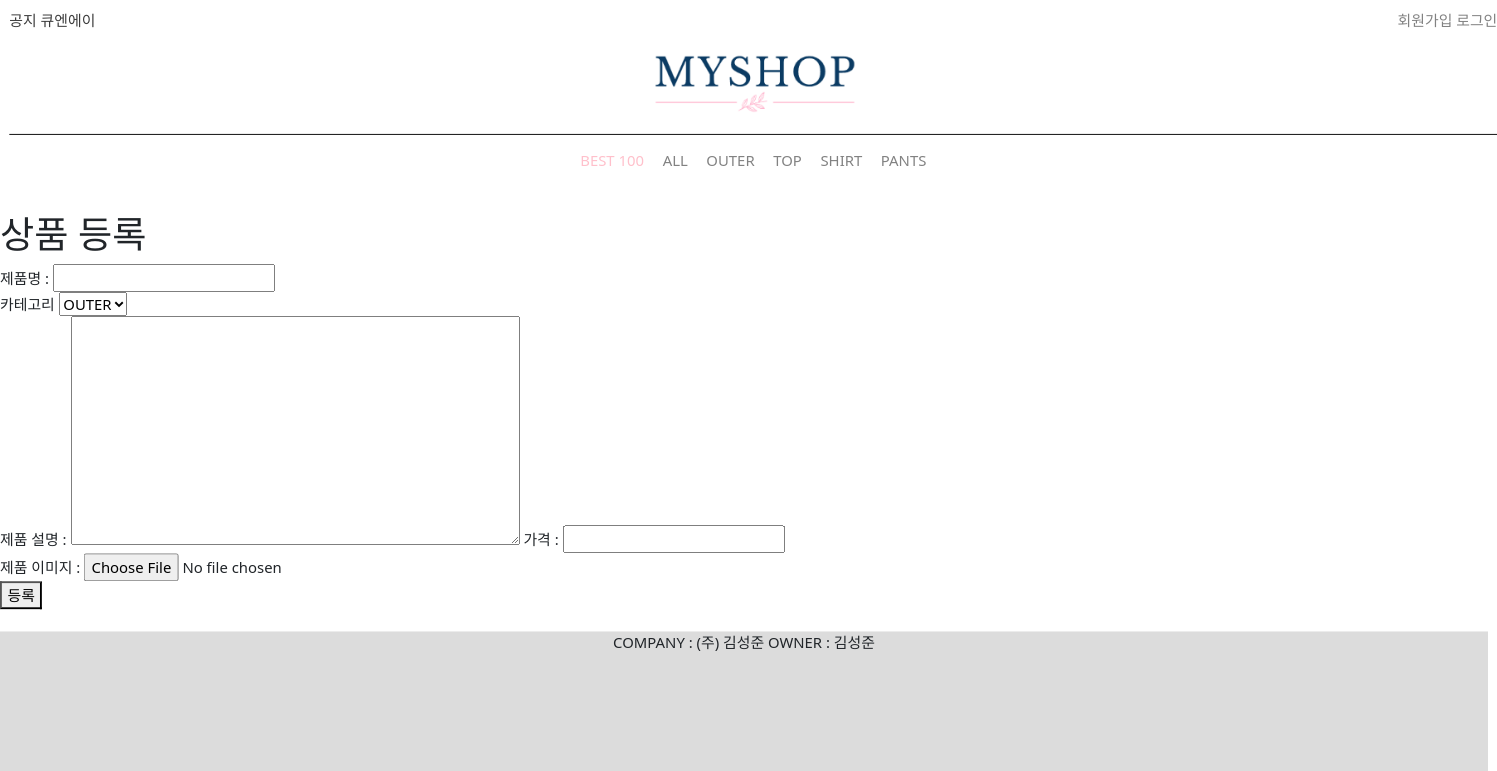
Repository: kkj53051000/MyShop
Page: http://localhost/myshop/WEB-INF/views/product-upload.jsp
These files come from the project's save history. The page is drawn as it stood at one moment and after the next save; the edit follows.
The browser window is 1280 px wide. The page is 1610 px wide, so the pictures cover 1610 px, including what lies to the right of the window. The pictures show the whole page, at 93% of full size.
The page is served by Tomcat 9. Nobody is signed in. Other server files are loaded and not shown. The template is opened directly, without the code that normally fills it, so the values that code supplies are empty.

Above is the page before, as saved 2021-02-21 06:04:16.

### myshop/src/main/webapp/WEB-INF/views/product-upload.jsp
<%@ page language="java" contentType="text/html; charset=UTF-8"
    pageEncoding="UTF-8"%>
<!DOCTYPE html>
<html>
<head>
<meta charset="UTF-8">
<title>Insert title here</title>
</head>
<body>
	<%@ include file="common/header.jsp" %>
	<br>
	<div>
		<h1>상품 등록</h1>
		<form action="/product" method="POST" enctype="multipart/form-data">
			제품명 : <input name="name"/><br/>
			카테고리
			<SELECT name="category" size=1>
		        <OPTION VALUE="OUTER" SELECTED>OUTER</OPTION>
		        <OPTION VALUE="TOP">TOP</OPTION>
		        <OPTION VALUE="SHIRT">SHIRT</OPTION>
		        <OPTION VALUE="PANTS">PANTS</OPTION>
		    </SELECT><br/>
		   	제품 설명 : <textarea name="info" cols="50" rows="10"></textarea>
			가격 : <input name="price"/><br/>
			제품 이미지 : <input name="img" type="file"/><br/>
			<button>등록</button>
		</form>
	</div>
	<br>
	<%@ include file="common/footer.jsp" %>
</body>
</html>

### myshop/src/main/webapp/WEB-INF/views/common/header.jsp
<%@ page language="java" contentType="text/html; charset=UTF-8" pageEncoding="UTF-8"%>
<%@ taglib prefix="c" uri="http://java.sun.com/jsp/jstl/core" %>
<!DOCTYPE html>
<html>
<head>
	<meta charset="UTF-8">
	<title>Header</title>
	<style>
		.header{
			margin: 10px;

			min-width: 1600px;
		}
		.header_top{
			display: flex;
			flex-direction: row;
			justify-content: space-between;

			color: #3c3c3c;
		}
		.header_center{
			display: flex;
			justify-content: center;
			margin-bottom: 5px;
			border-bottom: 1px solid black;
		}
		.header_center_img{
			height: 100px;
		}
		.header_left{

		}
		.header_right{

		}
		.header_footer{

			width: 100%;
			display: flex;
			justify-content: center;

			<!-- position: fixed; -->


			color: #828282;
		}
		.header_footer > span{
			margin: 10px;
		}
		img{
			margin-bottom: 10px;
		}

		a:link {text-decoration:none; color: #828282;}
		a:visited {text-decoration:none; color: #828282;}
		a:hover {text-decoration:none; color: #828282;}
	</style>
	<link href="https://cdn.jsdelivr.net/npm/bootstrap@5.0.0-beta2/dist/css/bootstrap.min.css" rel="stylesheet" integrity="sha384-BmbxuPwQa2lc/FVzBcNJ7UAyJxM6wuqIj61tLrc4wSX0szH/Ev+nYRRuWlolflfl" crossorigin="anonymous">
</head>
<body>
	<div class="header">
		<div class="header_top">
			<div class="header_left">
				<span>공지</span>
				<span>큐엔에이</span>
			</div>
			<div class="header_right">
				<c:if test="${user.role == 'USER'}">
					<!-- user, admin Check -->
				</c:if>

				<c:if test="${user == null}">
					<span><a href="/join">회원가입</a></span>
					<span><a href="/login">로그인</a></span>
				</c:if>
				<c:if test="${user != null}">
					<span><a href="/admin/product-list">제품상세등록</a></span>
					<span><a href="/product-upload">제품등록</a></span>
					<span><a href="/order/list">주문내역</a></span>
					<span><a href="##">카트</a></span>
					<span><a href="##">마이페이지</a></span>
					<span><a href="/logout">로그아웃</a></span>
				</c:if>
			</div>
		</div>
		<div class="header_center">
			<a href="/"><img class="header_center_img" src="/public/upload/logo.jpg"/></a>
		</div>
		<div class="header_footer">
			<span><a href="####" style="color: #ffc0cb;">BEST 100</a></span>
			<span><a href="/products?category=ALL">ALL</a></span>
			<span><a href="/products?category=OUTER">OUTER</a></span>
			<span><a href="/products?category=TOP">TOP</a></span>
			<span><a href="/products?category=SHIRT">SHIRT</a></span>
			<span><a href="/products?category=PANTS">PANTS</a></span>
		</div>
	</div>
</body>
</html>

### myshop/src/main/webapp/WEB-INF/views/common/footer.jsp
<%@ page language="java" contentType="text/html; charset=UTF-8"
    pageEncoding="UTF-8"%>
<!DOCTYPE html>
<html>
<head>
	<meta charset="UTF-8">
	<title>Insert title here</title>
	<style>
		.footer{
			display: flex;
			justify-content: center;
			background-color: #dcdcdc;
			height: 150px;

			min-width: 1600px;
		}
	</style>
</head>
<body>
	<div class="footer">
		<span>COMPANY : (주) 김성준 OWNER : 김성준</span>
	</div>
</body>
</html>

After the next save:
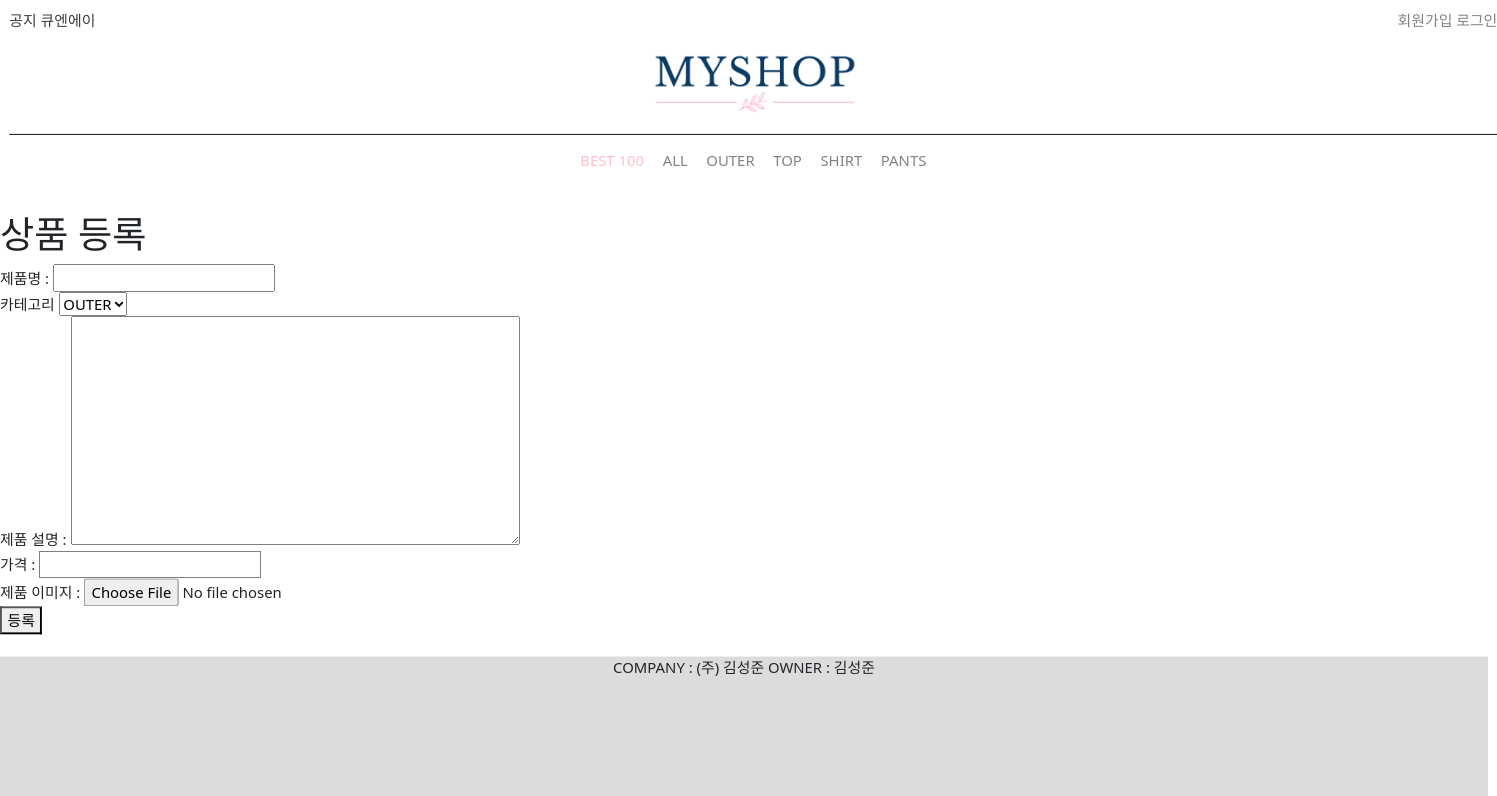
Saved 13 s later.
--- a/myshop/src/main/webapp/WEB-INF/views/product-upload.jsp
+++ b/myshop/src/main/webapp/WEB-INF/views/product-upload.jsp
@@ -20,7 +20,7 @@
 		        <OPTION VALUE="SHIRT">SHIRT</OPTION>
 		        <OPTION VALUE="PANTS">PANTS</OPTION>
 		    </SELECT><br/>
-		   	제품 설명 : <textarea name="info" cols="50" rows="10"></textarea>
+		   	제품 설명 : <textarea name="info" cols="50" rows="10"></textarea><br/>
 			가격 : <input name="price"/><br/>
 			제품 이미지 : <input name="img" type="file"/><br/>
 			<button>등록</button>
